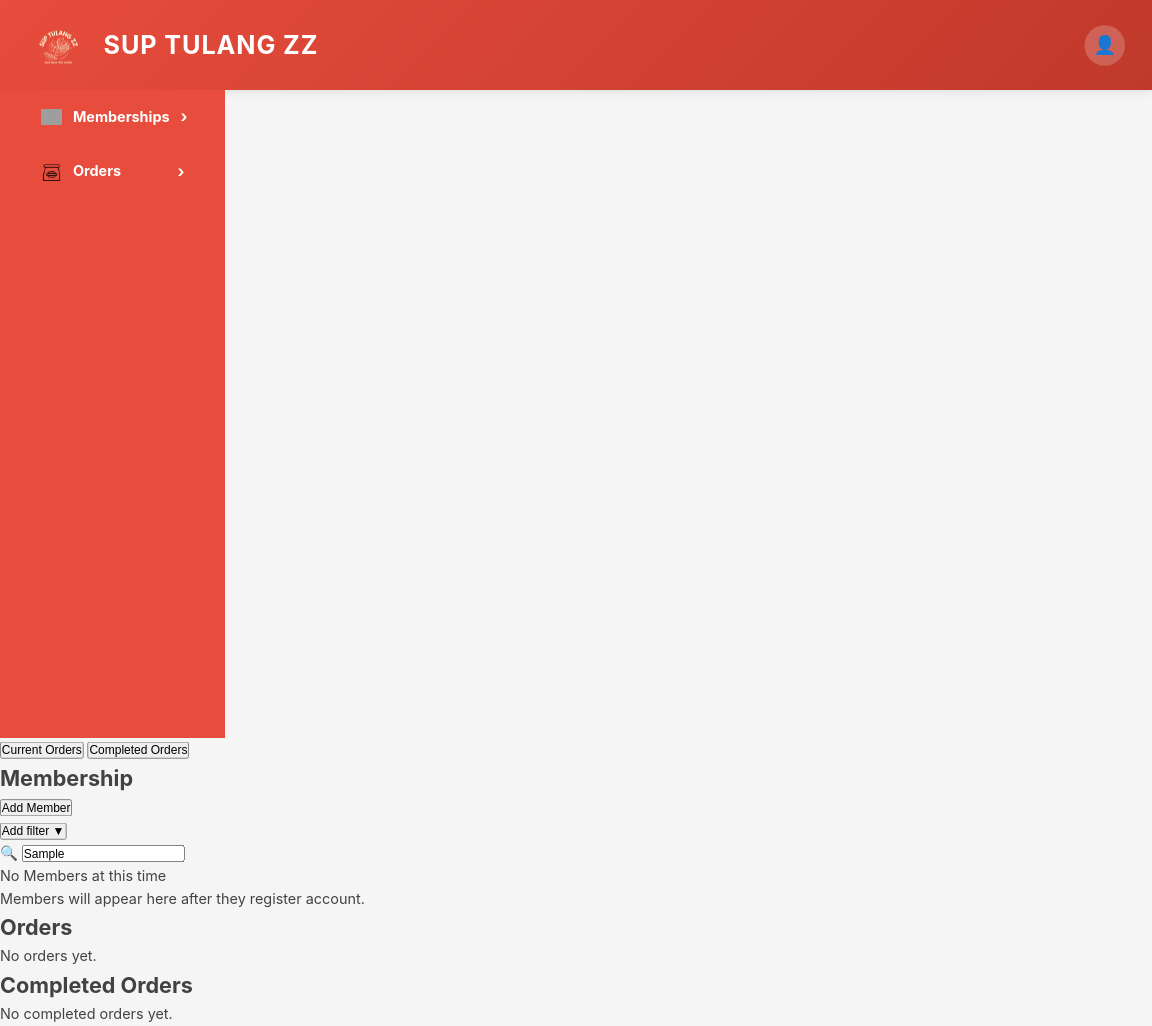
Repository: YIsheng2002/web-frontend
Page: view/Staff/dashboardstaff.html
These files come from the project's save history. The page is drawn as it stood at one moment and after the next save; the edit follows.
The browser window is 1280 px wide. The pictures show the whole page, at 90% of full size.
Empty fields were first filled with sample values (such as "Sample", 5 or name@example.com).
After loading, the first visible `a.sidebar-link` was clicked once.
Pictures or frames that could not be fetched are drawn as grey boxes.

Above is the page before, as saved 2025-06-12 10:40:13.
Console error: ReferenceError: showMembership is not defined

After the next save:
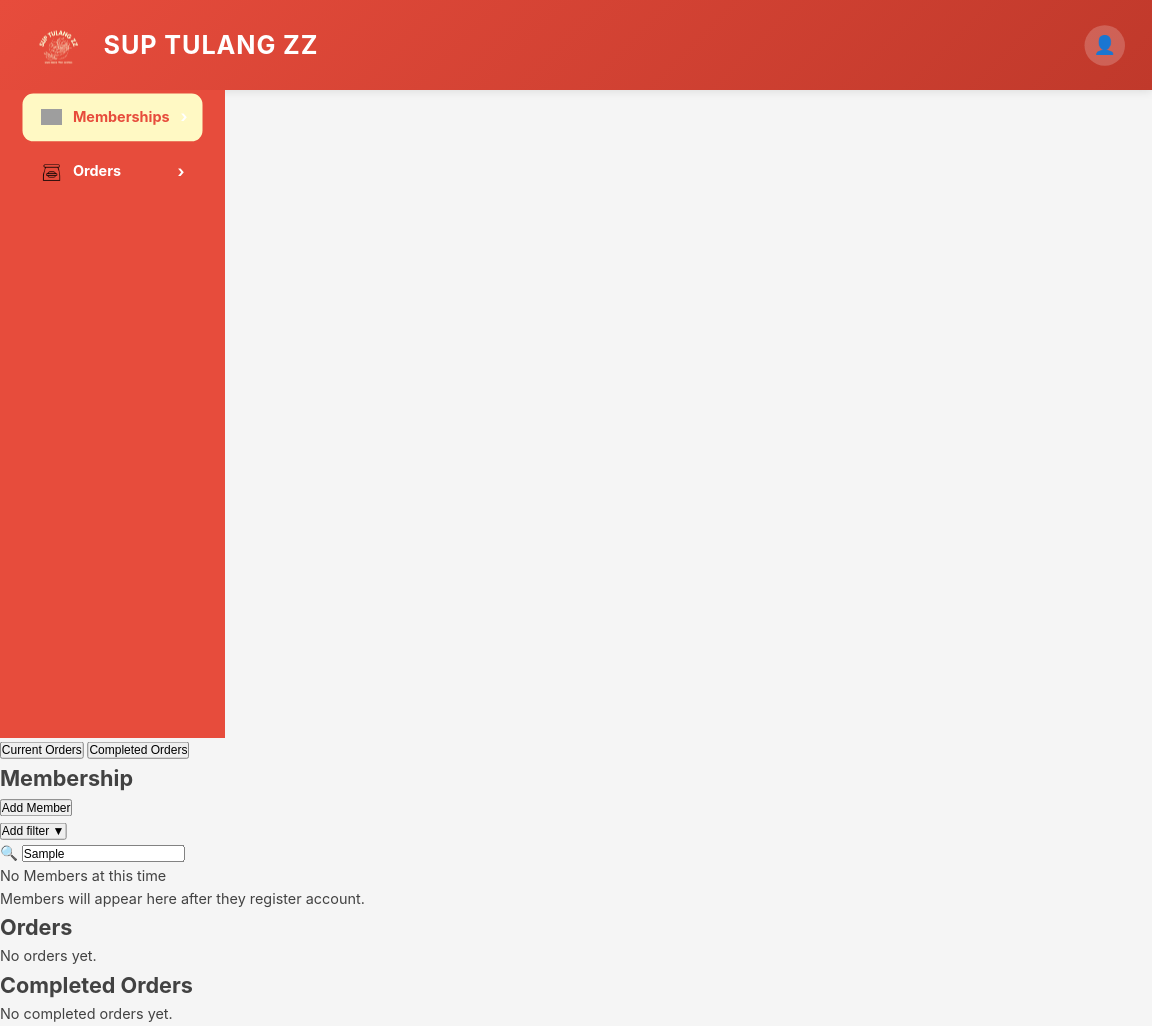
The error is gone.
Saved 21 s later.
--- a/view/Staff/assets/javascript/dashboardStaff.js
+++ b/view/Staff/assets/javascript/dashboardStaff.js
@@ -15,6 +15,7 @@ document.addEventListener('click', function (event) {
 });
 
 // Page navigation
+/*
 function showPage(pageId) {
     // Hide all pages
     document.querySelectorAll('.page').forEach(page => {
@@ -32,6 +33,31 @@ function showPage(pageId) {
     // Add active class to clicked tab
     event.target.classList.add('active');
 }
+    */
+function showPage(pageId, event = null) {
+    // Hide all pages
+    document.querySelectorAll('.page').forEach(page => {
+        page.classList.remove('active');
+    });
+
+    // Show selected page
+    const targetPage = document.getElementById(pageId);
+    if (targetPage) {
+        targetPage.classList.add('active');
+    }
+
+    // Remove active class from both sidebar links and nav-tabs
+    document.querySelectorAll('.sidebar-link, .nav-tab').forEach(link => {
+        link.classList.remove('active');
+    });
+
+    // Add active to clicked one
+    if (event) {
+        event.currentTarget.classList.add('active');
+    }
+}
+
+
 
 // User menu actions
 function showProfile() {
@@ -41,6 +67,11 @@ function showProfile() {
 
 function showSettings() {
     alert('Settings page - Coming soon!');
+    toggleDropdown();
+}
+
+function showOrders(event) {
+    showPage('current-orders', event);
     toggleDropdown();
 }
 
@@ -60,3 +91,9 @@ function logout() {
     }
     toggleDropdown();
 }
+
+// side bar showMembership function
+function showMembership(event) {
+    showPage('Memberships', event);
+
+}
